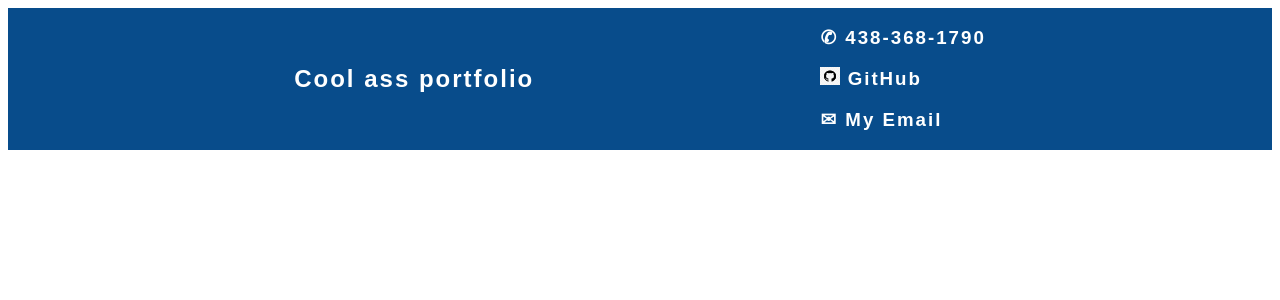
Repository: zackaroo20/zackaroo20
Page: index.html
The author's editor kept a copy of each file at every save. The page is drawn from the files as they stood at one save, then again after the next save.
The browser window is 1280 px wide. The pictures show the whole page.

Above is the page before, as saved 2026-05-12 12:44:06.

After the next save:
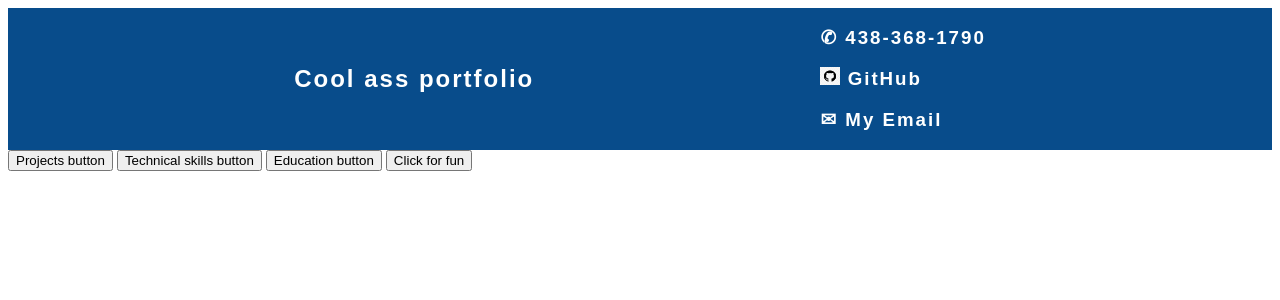
Saved 4 min 47 s later.
--- a/index.html
+++ b/index.html
@@ -20,6 +20,20 @@
         </aside>
 
     </header>
+    <body>
+      <section>
+        <button>Projects button</button>
+        <button>Technical skills button </button>
+        <button>Education button</button>
+        <button>Click for fun</button>
+
+
+      </section>
+
+
+
+
+    </body>
   <body>
     <!-- TODO -->
   </body>
